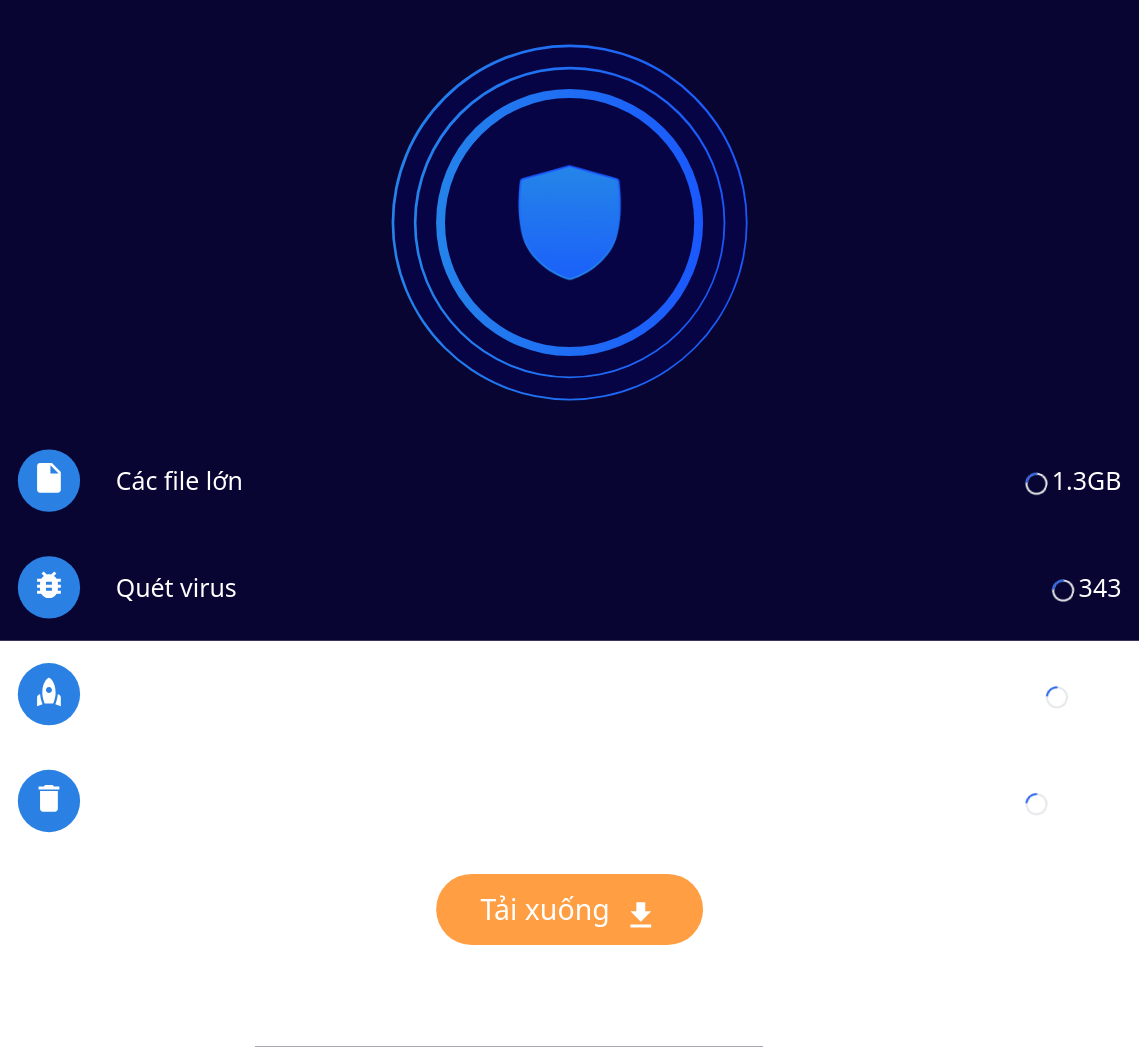
Repository: Kiendz3202/anti-virus-landingpage-mobile
Page: /, after clicking the first element matching `div.from-\[\#1CE5F8\]`
The author's editor kept a copy of each file at every save. The page is drawn from the files as they stood at one save, then again after the next save.
The browser window is 1280 px wide. The pictures show the whole page, at 89% of full size.
The project was rebuilt for these pictures with package versions that can differ from the ones it lists, and the page was loaded fresh each time. The framework's server and built-in components were replaced by stand-ins that run in the browser. Also part of the build but not shown: next.config.js.

Above is the page before, as saved 2023-01-08 19:24:59.

After the next save:
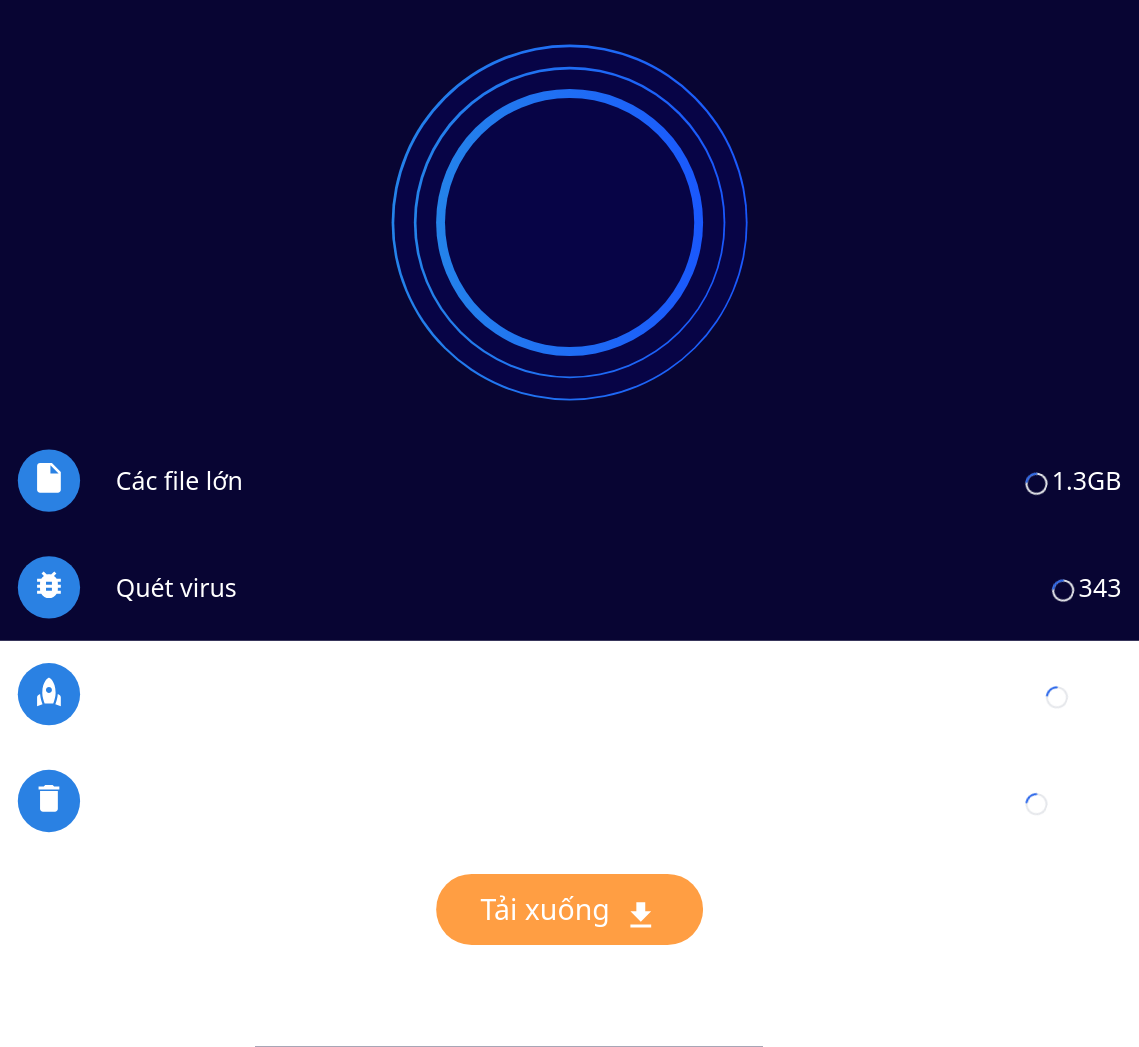
Saved 36 s later.
--- a/components/ScanShield.js
+++ b/components/ScanShield.js
@@ -13,7 +13,10 @@
 						<div className=" bg-[#070446] h-[34.5rem] w-[34.5rem] rounded-full flex items-center justify-center ">
 							<div className="  bg-gradient-to-r from-[#2483EA] to-[#1A58FD] h-[30rem] w-[30rem] rounded-full flex items-center justify-center ">
 								<div className='className=" bg-[#070446] h-[28rem] w-[28rem] rounded-full flex items-center justify-center "'>
-									<img src="/shield.png" />
+									<img
+										src="/shield.png"
+										className=" animate-ping"
+									/>
 								</div>
 							</div>
 						</div>
